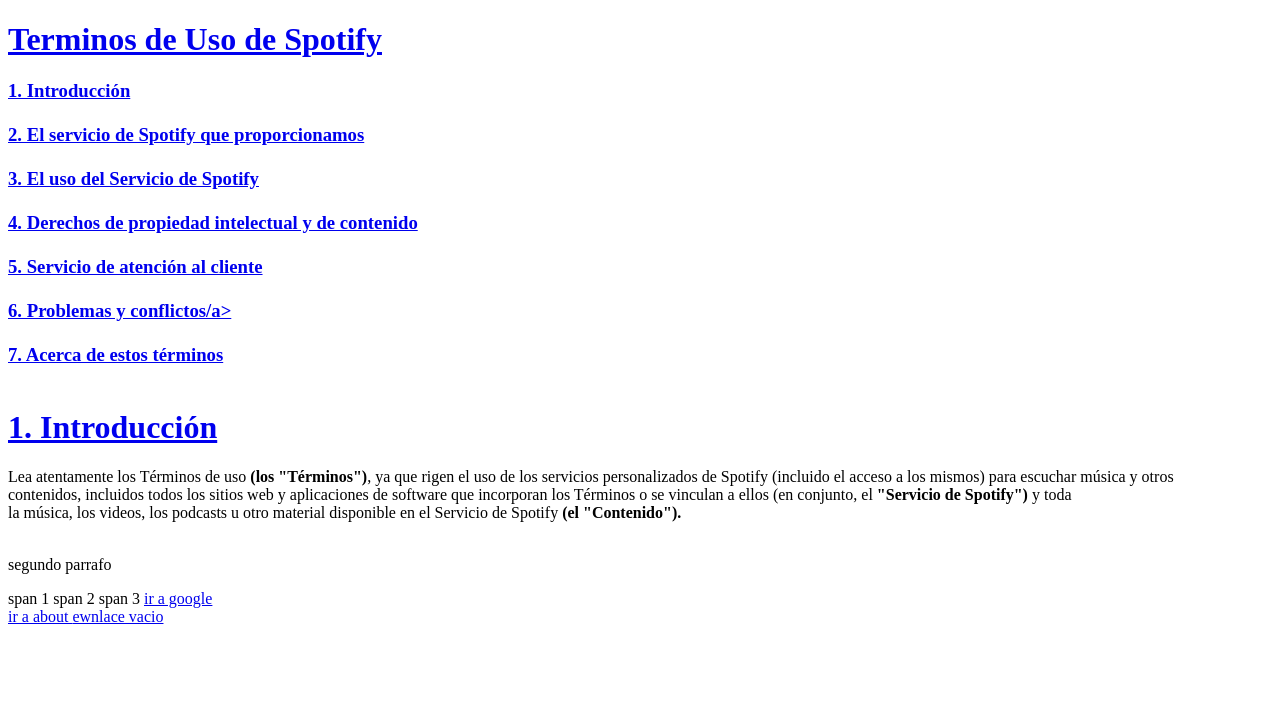
Repository: Devbenitez/Gen_30
Page: Gen_30/maquetado/index.html
These files come from the project's save history. The page is drawn as it stood at one moment and after the next save; the edit follows.
The browser window is 1280 px wide. The pictures show the whole page.

Above is the page before, as saved 2023-10-31 04:05:02.

After the next save:
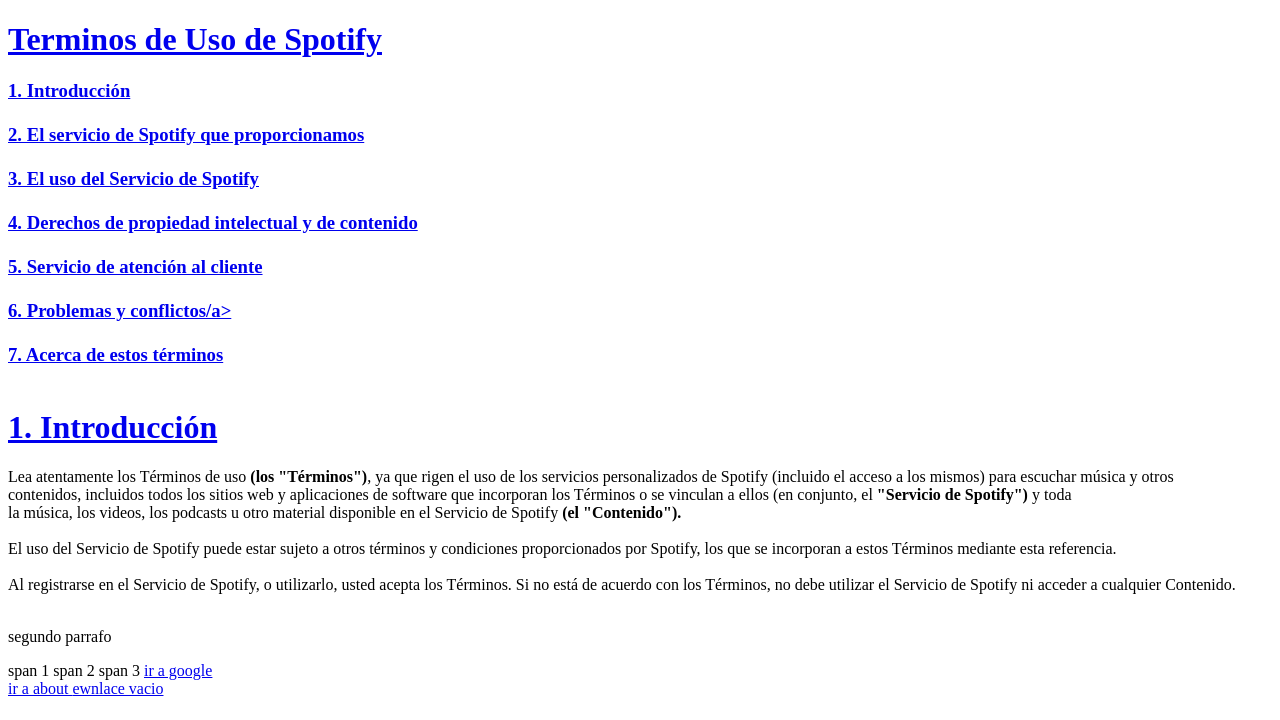
Saved 46 s later.
--- a/Gen_30/maquetado/index.html
+++ b/Gen_30/maquetado/index.html
@@ -50,6 +50,12 @@
         Lea atentamente los Términos de uso <b>(los "Términos")</b>, ya que rigen el uso de los servicios personalizados de Spotify (incluido el acceso a los mismos) para escuchar música y otros <br />
          contenidos, incluidos todos los sitios web y aplicaciones de software que incorporan los Términos o se vinculan a ellos (en conjunto, el <b>"Servicio de Spotify")</b> y toda <br />
           la música, los videos, los podcasts u otro material disponible en el Servicio de Spotify <b>(el "Contenido").</b><br /><br />
+          El uso del Servicio de Spotify puede estar sujeto a otros términos y condiciones proporcionados por Spotify, los que se incorporan a estos Términos mediante esta referencia.
+          <br /><br />
+          Al registrarse en el Servicio de Spotify, o utilizarlo, usted acepta los Términos. Si no está de acuerdo con los Términos, no debe utilizar el Servicio de Spotify ni acceder a cualquier Contenido.
+          <br /><br />
+
+
       </p>
       <p>segundo parrafo</p>
       <!-- spans -->
